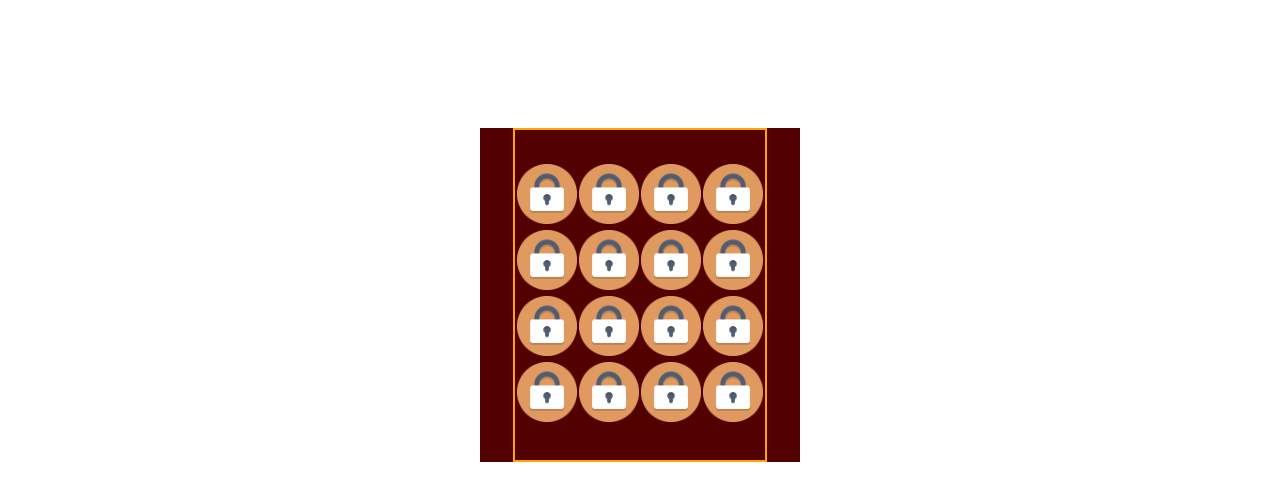
Repository: jb223cp/1dv403-laborationer
Page: 3-gameon/memory/index.html
The author's editor kept a record of every edit. The page is drawn from the files as they stood at one moment, then again after the next edit.
The browser window is 1280 px wide. The pictures show the whole page.

Above is the page before.

After the next edit:
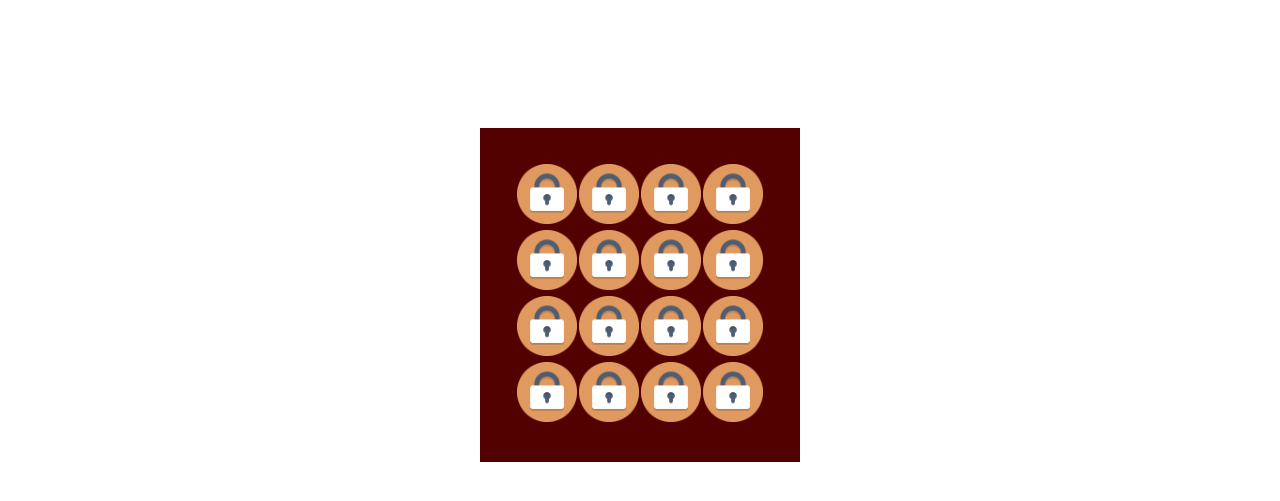
The edit:
--- a/3-gameon/memory/css/main.css
+++ b/3-gameon/memory/css/main.css
@@ -39,7 +39,7 @@
     padding-bottom:10%;
     border-style:solid;
     border-width:2px;
-    border-color:orange;
+    border-color:#520000;
 }
 
 td{
